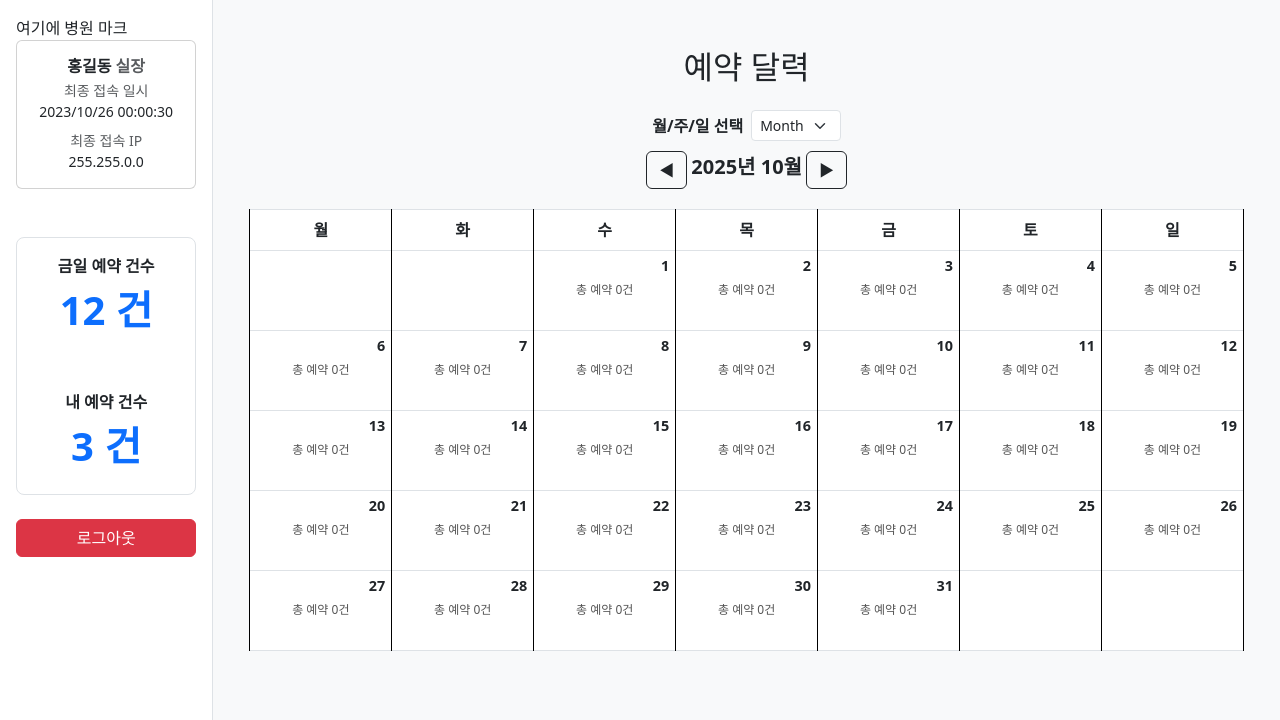
Repository: j-pyohub/LIBRARY_PROJECT
Page: CRM_Project/WebContent/doctorReserveList.html
An editor plug-in stored every save of this project. The page is shown before and after the next save, followed by the edit.
The browser window is 1280 px wide. The pictures show the whole page.

Above is the page before, as saved 2025-10-11 09:07:57.

After the next save:
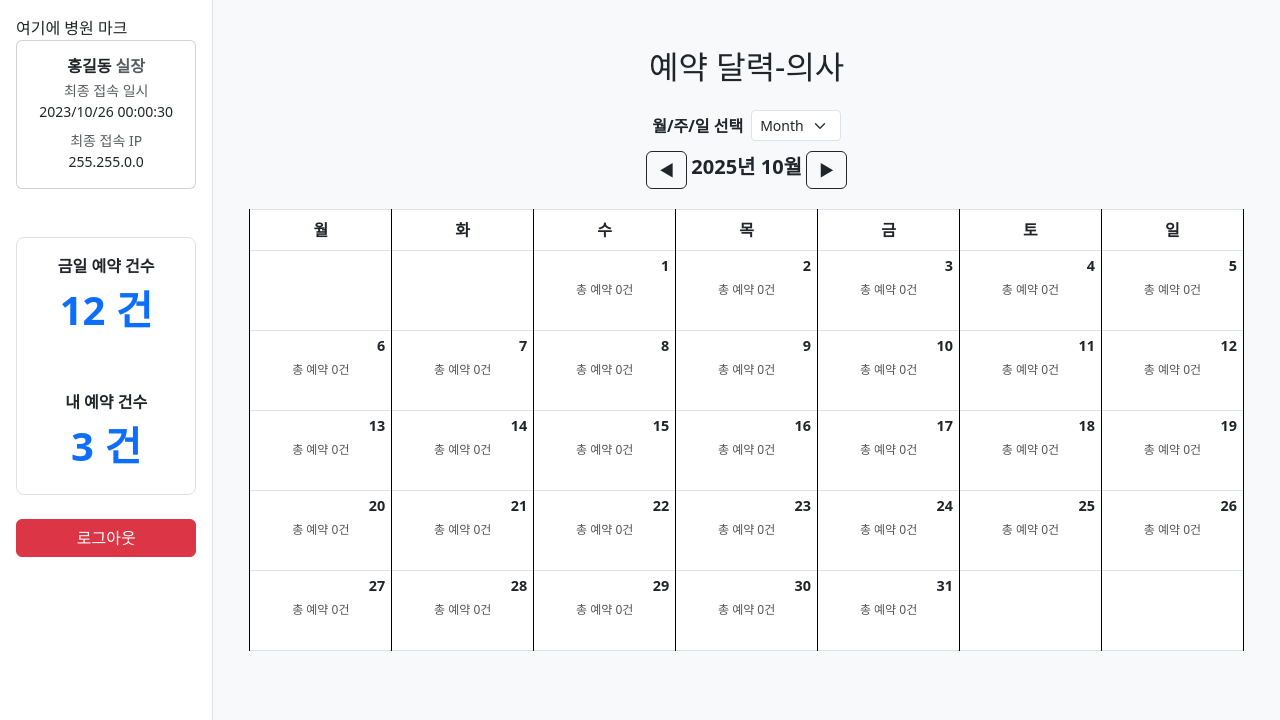
Saved 26 s later.
--- a/CRM_Project/WebContent/doctorReserveList.html
+++ b/CRM_Project/WebContent/doctorReserveList.html
@@ -2,7 +2,7 @@
 <html lang="ko">
 <head>
   <meta charset="utf-8">
-  <title>예약 달력 (Bootstrap 적용)</title>
+  <title>예약 달력-의사</title>
 
   <!-- ✅ Bootstrap 5.3.0 -->
   <link
@@ -69,7 +69,7 @@
     <!-- 메인 -->
     <main class="col-10 p-4">
   <div class="container py-4">
-    <h2 class="text-center mb-4">예약 달력</h2>
+    <h2 class="text-center mb-4">예약 달력-의사</h2>
 
     <div class="calendar-controls">
       <!-- ✅ 드롭다운 -->
